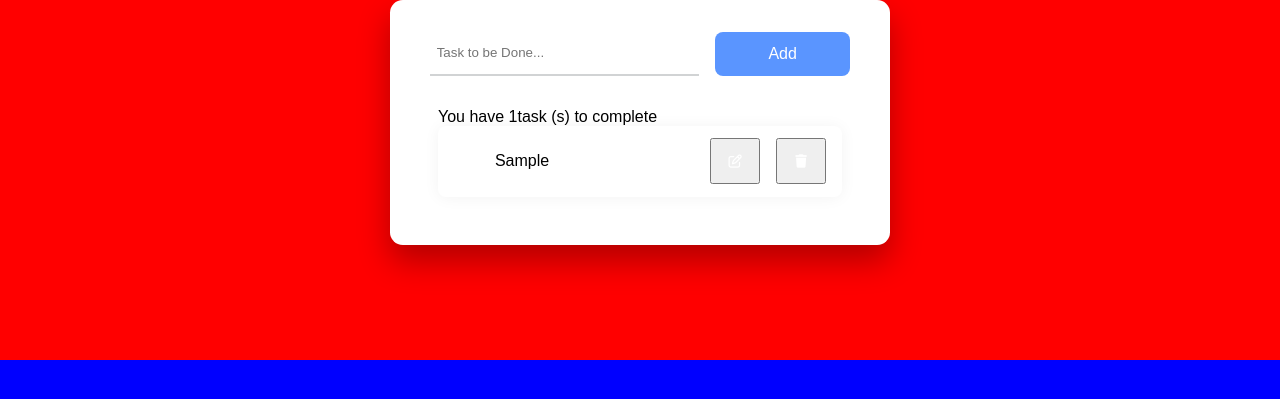
Repository: JunaidAnsari202/Todo-List
Page: index.html
An editor plug-in stored every save of this project. The page is shown before and after a run of saves, followed by the edit.
The browser window is 1280 px wide. The pictures show the whole page.
Empty fields were first filled with sample values (such as "Sample", 5 or name@example.com).
After loading, the first visible `#add-btn` was clicked once.
Some web libraries are served in a nearby version.

Above is the page before, as saved 2023-10-30 22:34:38.

### index.html
<!DOCTYPE html>
<html lang="en">
<head>
    <meta charset="UTF-8">
    <meta name="viewport" content="width=device-width, initial-scale=1.0">
    <title>Document</title>
    <!-- <link rel="shttps://cdnjs.cloudflare.com/ajax/libs/font-awesome/6.4.2/css/all.min.csstylesheet" href=""> -->
    <script src="https://kit.fontawesome.com/78ad4c4e48.js" crossorigin="anonymous"></script>
    <link rel="stylesheet" href="style.css">
</head>
<body>
    <div class="app">
        <div class="container">
            <div id="wrapper">
                <input type="text" placeholder="Task to be Done...">
                <button id="add-btn">Add</button>
            </div>
            <div id="tasks">
                <p id="pending-tasks">You have <span class="count-value">0 </span>task (s) to complete</p>
            </div>
        </div>
        <div id="error">Input cannot be empty</div>
    </div>

    <script src="script.js"></script>
</body>
</html>

### style.css
*{
    margin: 0;
    padding: 0;
    box-sizing: border-box;
}

body{
    height: 100vh;
    background: linear-gradient(red 50%,blue 50%);
}

.app{
    font-family: "poppins", sans-serif;
    position: absolute;
    width: min(95vw , 31.25em);
    margin: auto;
    left: 0;
    right: 0;
}

.container{
    padding: 2em 2.5em;
    background-color: #fff;
    box-shadow: 0 1em 2em rgba(0,0,0,0.3);
    border-radius: 0.8em;

}

#wrapper{
    position: relative;
    display: grid;
    grid-template-columns: 8fr 4fr;
    gap: 1em;
}

#wrapper input{
    width: 100%;
    background-color: transparent;
    color: #111111;
    font-size: 0.9;
    border:none;
    border-bottom: 2px solid #d1d3d4;
    padding: 1em 0.5em;

}

#wrapper input:focus{
    outline: none;
    border-color: #5a95ff;
}

#wrapper button{
    position: relative;
    border-radius: 0.5em;
    font-weight: 500;
    font-size: 1em;
    background-color: #5a95ff;
    border: none;
    outline: none;
    color: #ffffff;
    cursor: pointer;
}
#tasks{
    margin-top: 1em;
    border-radius: 0.5em;
    width: 100%;
    position: relative;
    padding: 1em 0.5em;
}

.task{
    background-color: #ffffff;
    padding: 0.8em 1em;
    display: grid;
    grid-template-columns: 1fr 8fr 2fr 2fr;
    gap: 1em;
    border-radius: 0.5em;
    box-shadow:0 0.05em 1em rgba(0,0,0,0.05) ;
    align-items: center;
    cursor: pointer;
}

.task input[type="checkbox"]{
    position: relative;
    appearance: none;
    height: 20px;
    width: 20px;
    border-radius: 50%;
    border: 2px solid #elelel;
}

.task input[type="checkbox"]:before{
    content: "";
    position: absolute;
    transform: translate(-50%,-50%);
    top: 50%;
    left: 50%;

}

#error{
    text-align: center;
    background-color: #ffffff;
    color: #ff5c5c;
    margin-top: 1.5em;
    padding: 1em 0;
    border-radius: 0.8em;
    display: none;
}

.task input[type="checkbox"]:checked{
    background-color: #5a95ff;
    border-color: #5a95ff;
}

.task input[type="checkbox"]:checked:before{
    position: absolute;
    content: "\f00c";
    color: #ffffff;
    font-size: 0.8em;
    font-family: "font Awesome 5 free";
    font-weight: 900;

}

.task span{
    font: 0.9em;
    font-weight: 400;
    word-break: break-all;
}

.task button{
    color: #ffffff;
    width: 100%;
    padding: 1em 0;
    bor
}

### script.js
let addBtn=document.querySelector("#add-btn");
let newTaskInput=document.querySelector("#wrapper input");
let taskContainer=document.querySelector("#tasks");
let error=document.getElementById("error");
let countValue=document.querySelector(".count-value");
let taskCount=0;

let displayCount=(taskCount)=>{
    countValue.innerText=taskCount;
};

let addTask=()=>{
    let taskName=newTaskInput.value.trim();
    error.style.display="none";
    if(!taskName){
        setTimeout(()=>{
            error.style.display="block";
        },200);
        return;
    }
    let task=`<div class="task">
    <input type="checkbox" class="task-check">
    <span class="taskName">${taskName}</span>

    <button class="edit">
    <i class="fa-regular fa-pen-to-square"></i>
    </button>

    <button class="delete">
    <i class="fa-solid fa-trash"></i>

    </button>
    </div>`;

    taskContainer.insertAdjacentHTML("beforeend",task);

    let deleteButtons=document.querySelectorAll(".delete");
    deleteButtons.forEach((button)=>{
        button.onClick=()=>{
        button.parentNode.removeChild();
        taskCount-=1;
        displayCount(taskCount);
        };
    });

    let editButtons=document.querySelectorAll(".edit");
    editButtons.forEach((editBtn)=>{
        editBtn.onClick=(e)=>{
        let targetElement=e.target;
        if(!(e.target.className=="edit")){
            targetElement=e.target.parentElement;
        }
        newTaskInput.value=targetElement.previousElementSibling?.innerText;
        targetElement.parentNode.remove();
        taskCount-=1;
        displayCount(taskCount);
    };

    });

 let tasksCheck=document.querySelectorAll(".task-check");
 tasksCheck.forEach((checkbox)=>{
    checkbox.onChange=()=>{
        checkbox.nextElementSibling.classList.toggle("completed");
        if(checkbox.checked){
            taskCount-=1;
        }
        else{
            taskCount+=1;
        }
        displayCount(taskCount);
    };
 });
 taskCount+=1;
 displayCount(taskCount);
 newTaskInput.value="";
};

addBtn.addEventListener("click",addTask);

window.onload=()=>{
    taskCount=0;
    displayCount(taskCount);
    newTaskInput.value="";
}

After the next 17 saves:
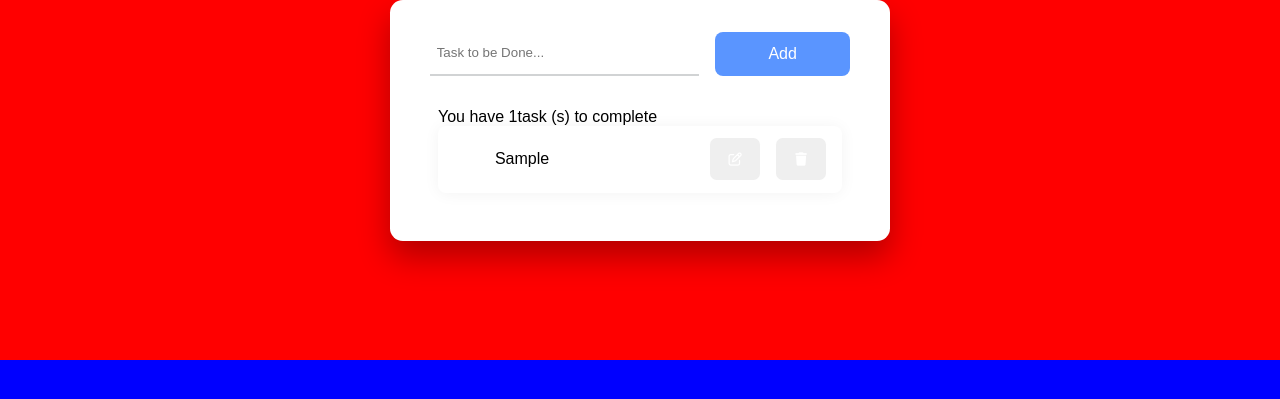
The 17 saves are shown as one change because they came seconds apart.
The last was saved 35 s later.
--- a/style.css
+++ b/style.css
@@ -133,5 +133,8 @@ body{
     color: #ffffff;
     width: 100%;
     padding: 1em 0;
-    bor
+    border-radius: 0.5em;
+    border: none;
+    cursor: pointer;
+    outline: none;
 }
